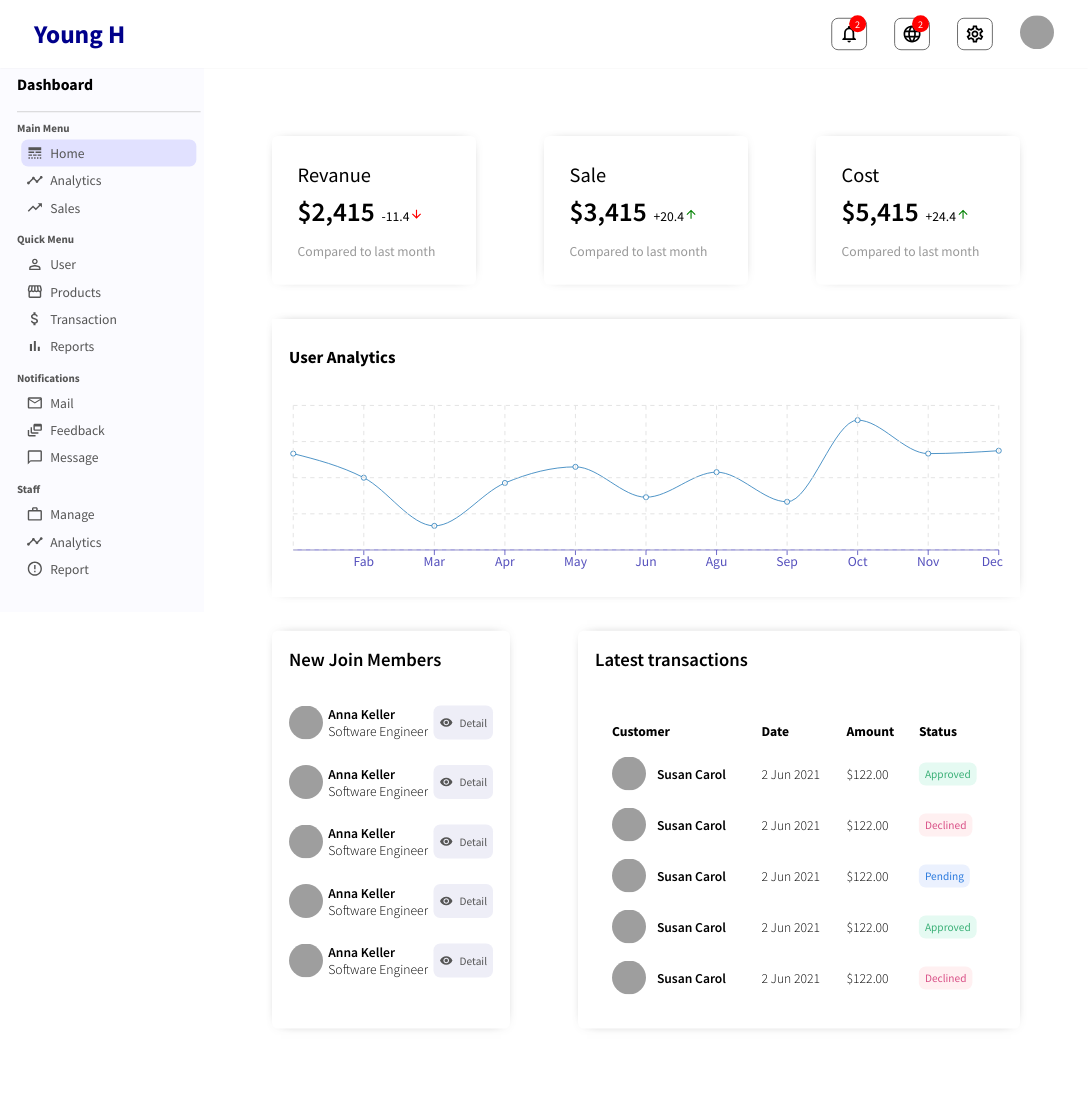
Repository: noname20011/admin
Page: /
An editor plug-in stored every save of this project. The page is shown before and after the next save, followed by the edit.
The browser window is 1280 px wide. The pictures show the whole page, at 85% of full size.
Pictures or frames that could not be fetched are drawn as grey boxes. The project was rebuilt for these pictures with package versions that can differ from the ones it lists, and the page was loaded fresh each time.

Above is the page before, as saved 2021-11-14 09:20:30.

### public/index.html
<!DOCTYPE html>
<html lang="en">
  <head>
    <meta charset="utf-8" />
    <meta name="viewport" content="width=device-width, initial-scale=1" />
    <meta name="theme-color" content="#000000" />
    <meta
      name="description"
      content="Web site created using create-react-app"
    />
    <!-- GOOGLE FONTS -->
    <link href="https://fonts.googleapis.com/css2?family=Source+Sans+Pro:wght@200;300;400;600;700;900&display=swap" rel="stylesheet">
    <style>
      * {
        font-family: 'Source Sans Pro', sans-serif;
        padding: 0;
        margin: 0;
      }
    </style>
    <title>React Admin App</title>
  </head>
  <body>
    <div id="root"></div>
  </body>
</html>

### src/App.js
import Topbar from "./comopnents/topbar/Topbar";
import Sidebar from "./comopnents/sidebar/Sidebar";
import Home from "./pages/home/Home.jsx"
import './app.css'
function App() {
  return (
    <div>
      <Topbar/>
      <div className="container">
        <Sidebar/>
        <Home/>
      </div>
    </div>
  );
}

export default App;

### src/comopnents/topbar/Topbar.jsx
import React from 'react'
import './topbar.css'

import { Language, NotificationsNone, SettingsOutlined  } from '@material-ui/icons'

export default function Topbar() {
    return (
        <div className="topbar">
            <div className="topbarWrapper">
                <div className="topLeft">
                    <div className="logo">Young H</div>
                </div>
                <div className="topRight">
                    <div className="topbarIconContainer">
                        <NotificationsNone/>
                        <div className="topIconsBadge">2</div>
                    </div>
                    <div className="topbarIconContainer">
                        <Language/>
                        <div className="topIconsBadge">2</div>
                    </div>
                    <div className="topbarIconContainer">
                        <SettingsOutlined/>
                    </div>
                    <div>
                        <img src="https://images.pexels.com/photos/1526814/pexels-photo-1526814.jpeg?auto=compress&cs=tinysrgb&dpr=2&w=500" alt="admin" className="topAvatar"/>
                    </div>
                </div>
            </div>
        </div>
    )
}

### src/comopnents/sidebar/Sidebar.jsx
import { AttachMoney, BarChart, ChatBubbleOutline, DynamicFeed, ErrorOutline, LineStyle, MailOutlined, PersonOutline, Storefront, Timeline, TrendingUp,  WorkOutlineOutlined } from '@material-ui/icons'
import React from 'react'
import "./sidebar.css"
export default function Sidebar() {
    return (
        <div className="sidebar">
            <div className="sidebarWrapper">
                <h3 className="sidebarTitle">Dashboard</h3>
                <div className="sidebarMenu">
                    <h4 className="sidebarMenuTitle">Main Menu</h4>
                    <ul className="sidebarLists">
                        <li className="sidebarListItem active">
                            <LineStyle className="sidebarIcon"/>
                            Home
                        </li>
                        <li className="sidebarListItem">
                            <Timeline className="sidebarIcon"/>
                            Analytics
                        </li>
                        <li className="sidebarListItem">
                            <TrendingUp className="sidebarIcon"/>
                            Sales
                        </li>
                    </ul>
                </div>
                <div className="sidebarMenu">
                    <h4 className="sidebarMenuTitle">Quick Menu</h4>
                    <ul className="sidebarLists">
                        <li className="sidebarListItem">
                            <PersonOutline className="sidebarIcon"/>
                            User
                        </li>
                        <li className="sidebarListItem">
                            <Storefront className="sidebarIcon"/>
                            Products
                        </li>
                        <li className="sidebarListItem">
                            <AttachMoney className="sidebarIcon"/>
                            Transaction
                        </li>
                        <li className="sidebarListItem">
                            <BarChart className="sidebarIcon"/>
                            Reports
                        </li>
                    </ul>
                </div>
                <div className="sidebarMenu">
                    <h4 className="sidebarMenuTitle">Notifications</h4>
                    <ul className="sidebarLists">
                        <li className="sidebarListItem">
                            <MailOutlined className="sidebarIcon"/>
                            Mail
                        </li>
                        <li className="sidebarListItem">
                            <DynamicFeed className="sidebarIcon"/>
                            Feedback
                        </li>
                        <li className="sidebarListItem">
                            <ChatBubbleOutline className="sidebarIcon"/>
                            Message
                        </li>
                    </ul>
                </div>
                <div className="sidebarMenu">
                    <h4 className="sidebarMenuTitle">Staff</h4>
                    <ul className="sidebarLists">
                        <li className="sidebarListItem">
                            <WorkOutlineOutlined className="sidebarIcon"/>
                            Manage
                        </li>
                        <li className="sidebarListItem">
                            <Timeline className="sidebarIcon"/>
                            Analytics
                        </li>
                        <li className="sidebarListItem">
                            <ErrorOutline className="sidebarIcon"/>
                            Report
                        </li>
                    </ul>
                </div>
            </div>
        </div>
    )
}

### src/pages/home/Home.jsx
import "./home.css"
import Feature from "../../comopnents/featureInfo/Feature"
import Chart from "../../comopnents/chart/Chart"
import WidgetSm from "../../comopnents/widgetSm/WidgetSm"
import WidgetLg from "../../comopnents/widgetLg/WidgetLg"
import {userData} from "../../dummyData"

export default function Home() {
    return (
        <div className="home">
            <Feature/>
            <Chart data={userData} title="User Analytics" grid dataKey="Active User"/>
            <div className="homeWidgets">
                <WidgetSm/>
                <WidgetLg/>
            </div>
        </div>
    )
}

### src/app.css
ul, li {
    list-style: none;
}

a {
    text-decoration: none;
}

.container {
    display: flex;
}

.other {
    flex: 4;
}

button, input {
    border: none;
    outline: none;
}

### src/comopnents/topbar/topbar.css
.topbar {
    width: 100%;
    height: 80px;
    background: #fff;
    box-shadow: 0 .5px 2px rgba(0, 0, 0, 0.07);

    position: sticky;
    top: 0;
    z-index: 1000;
}

.topbarWrapper {
    height: 100%;
    padding: 0 40px;
    display: flex;
    justify-content: space-between;
    align-items: center;
}

.logo {
    font-weight: bold;
    font-size: 30px;
    color: darkblue;
    cursor: pointer;
}

.topRight {
    display: flex;
    align-items: center;
    column-gap: 2rem;
}
.topbarIconContainer {
    position: relative;
    cursor: pointer;
    width: 40px;
    height: 36px;
    border: 1px solid #555;
    border-radius: .5rem;
    display: flex;
    align-items: center;
    justify-content: center;
}

.topbarIconContainer:hover {
    background-color: rgb(248, 246, 246);
}

.topIconsBadge {
    font-size: 12px;
    position: absolute;
    top: -4px;
    right: 0px;

    width: 20px;
    height: 20px;
    background-color: red;
    color: #fff;
    border-radius: 50%;

    display: flex;
    place-content: center;
    place-items: center;
}

.topAvatar {
    width: 40px;
    height: 40px;
    object-fit: cover;
    border-radius: 50%;
    cursor: pointer;
}

### src/comopnents/sidebar/sidebar.css
.sidebar {
    flex: 1;
    background-color: rgb(251, 251, 255);
    position: sticky;
    top: 80px;
    height: calc(100vh - 80px);
}

.sidebarWrapper {
    padding: 8px 4px 0 20px;
}

.sidebarTitle {
    padding-bottom: 20px;
    margin-bottom: 10px;
    border-bottom: 1px solid #ccc;
}

.sidebarMenu {
    margin-bottom: 8px;
}

.sidebarMenuTitle {
    color: #555;
    font-size: 13px;
}

.sidebarLists {
    padding: 5px;
}

.sidebarListItem {
    display: flex;
    align-items: center;
    column-gap: .5rem;

    padding: 6px;
    color: #555;
    cursor: pointer;
    border-radius: .5rem;
}

.sidebarListItem.active,
.sidebarListItem:hover {
    background-color: rgb(225, 225, 255);
}

.sidebarIcon {
    font-size: 20px!important;
}

### src/pages/home/home.css
.home {
    flex: 4;
    margin: 60px 40px;
}

.homeWidgets {
    display: flex;

}

### src/comopnents/featureInfo/Feature.jsx
import { ArrowDownward, ArrowUpward } from '@material-ui/icons'
import "./feature.css"

export default function Feature() {
    return (
        <div className="featured">
            <div className="featuredItem">
                <span className="featuredTitle">Revanue</span>
                <div className="featuredMoneyContainer">
                    <span className="featuredMoney">$2,415</span>
                    <span className="featuredMoneyRate">-11.4
                        <ArrowDownward className="featuredIcon negative"/>
                    </span>
                </div>
                <span className="featuredSub">Compared to last month
                </span>
            </div>

            <div className="featuredItem">
                <span className="featuredTitle">Sale</span>
                <div className="featuredMoneyContainer">
                    <span className="featuredMoney">$3,415</span>
                    <span className="featuredMoneyRate">+20.4
                        <ArrowUpward className="featuredIcon "/>
                    </span>
                </div>
                <span className="featuredSub">Compared to last month
                </span>
            </div>

            <div className="featuredItem">
                <span className="featuredTitle">Cost</span>
                <div className="featuredMoneyContainer">
                    <span className="featuredMoney">$5,415</span>
                    <span className="featuredMoneyRate">+24.4
                        <ArrowUpward className="featuredIcon "/>
                    </span>
                </div>
                <span className="featuredSub">Compared to last month</span>
            </div>
        </div>
    )
}

### src/comopnents/chart/Chart.jsx
import "./chart.css"
import { LineChart, Line, XAxis, YAxis, CartesianGrid, Tooltip, Legend, ResponsiveContainer } from 'recharts';



export default function Chart({ title, data, dataKey, grid }) {

    return (
        <div className="chart">
            <h3 className="chartTitle">{title}</h3>
            <ResponsiveContainer width="100%" aspect={4 / 1}>
                <LineChart data={data}>
                    <XAxis dataKey="name" stroke="#5550bd"/>
                    <Line type="monotone" dataKey={dataKey}/>
                    <Tooltip />
                    {grid && <CartesianGrid stroke="#e0dfdf" strokeDasharray="5 5" />}
                </LineChart>
            </ResponsiveContainer>
        </div>
    )
}

### src/comopnents/widgetSm/WidgetSm.jsx
import { Visibility } from "@material-ui/icons"
import React from "./widgetSm.css"

export default function widgetSm() {
    return (
        <div className="widgetSm">
            <h3 className="widgetSmTitle">New Join Members</h3>
            <ul className="widgetSmList">
                <li className="widgetSmListItem">
                    <img src="https://images.pexels.com/photos/3992656/pexels-photo-3992656.png?auto=compress&cs=tinysrgb&dpr=2&w=500" alt="member"  className="widgetSmImg"/>
                    <div className="widgetSmUser">
                        <span className="widgetSmUsername">Anna Keller</span>
                        <span className="widgetSmUserTitle">Software Engineer</span>
                    </div>
                    <button className="widgetSmButton">
                        <Visibility className="widgetSmIcon"/>
                        Detail
                    </button>
                </li>
                <li className="widgetSmListItem">
                    <img src="https://images.pexels.com/photos/3992656/pexels-photo-3992656.png?auto=compress&cs=tinysrgb&dpr=2&w=500" alt="member"  className="widgetSmImg"/>
                    <div className="widgetSmUser">
                        <span className="widgetSmUsername">Anna Keller</span>
                        <span className="widgetSmUserTitle">Software Engineer</span>
                    </div>
                    <button className="widgetSmButton">
                        <Visibility className="widgetSmIcon"/>
                        Detail
                    </button>
                </li>
                <li className="widgetSmListItem">
                    <img src="https://images.pexels.com/photos/3992656/pexels-photo-3992656.png?auto=compress&cs=tinysrgb&dpr=2&w=500" alt="member"  className="widgetSmImg"/>
                    <div className="widgetSmUser">
                        <span className="widgetSmUsername">Anna Keller</span>
                        <span className="widgetSmUserTitle">Software Engineer</span>
                    </div>
                    <button className="widgetSmButton">
                        <Visibility className="widgetSmIcon"/>
                        Detail
                    </button>
                </li>
                <li className="widgetSmListItem">
                    <img src="https://images.pexels.com/photos/3992656/pexels-photo-3992656.png?auto=compress&cs=tinysrgb&dpr=2&w=500" alt="member"  className="widgetSmImg"/>
                    <div className="widgetSmUser">
                        <span className="widgetSmUsername">Anna Keller</span>
                        <span className="widgetSmUserTitle">Software Engineer</span>
                    </div>
                    <button className="widgetSmButton">
                        <Visibility className="widgetSmIcon"/>
                        Detail
                    </button>
                </li>
                <li className="widgetSmListItem">
                    <img src="https://images.pexels.com/photos/3992656/pexels-photo-3992656.png?auto=compress&cs=tinysrgb&dpr=2&w=500" alt="member"  className="widgetSmImg"/>
                    <div className="widgetSmUser">
                        <span className="widgetSmUsername">Anna Keller</span>
                        <span className="widgetSmUserTitle">Software Engineer</span>
                    </div>
                    <button className="widgetSmButton">
                        <Visibility className="widgetSmIcon"/>
                        Detail
                    </button>
                </li>
            </ul>
        </div>
    )
}

### src/comopnents/widgetLg/WidgetLg.jsx
import React from "./widgetLg.css"

export default function WidgetLg() {

    const Button = ({ type }) => {
        return (
            <button className={"widgetLgBtn" +" " + type}>{type}</button>
        )
    }
    return (
        <div className="widgetLg">
            <h3 className="widgetLgTitle">Latest transactions</h3>
            <table className="widgetLgTable">
                <tr className="widgetLgTr">
                    <th className="widgetLdTh">Customer</th>
                    <th className="widgetLdTh">Date</th>
                    <th className="widgetLdTh">Amount</th>
                    <th className="widgetLdTh">Status</th>
                </tr>
                <tr className="widgetLgTr">
                    <td className="widgetLgUser">
                        <img src="https://images.pexels.com/photos/4172933/pexels-photo-4172933.jpeg?auto=compress&cs=tinysrgb&dpr=2&h=650&w=940" alt="" className="widgetLgImg" />
                        <span className="widgetLgUsername">Susan Carol</span>
                    </td>
                    <td className="widgetLgDate">2 Jun 2021</td>
                    <td className="widgetLgAmount">$122.00</td>
                    <td className="widgetLgStatus">
                        <Button type= "Approved"/>
                    </td>
                </tr>
                <tr className="widgetLgTr">
                    <td className="widgetLgUser">
                        <img src="https://images.pexels.com/photos/4172933/pexels-photo-4172933.jpeg?auto=compress&cs=tinysrgb&dpr=2&h=650&w=940" alt="" className="widgetLgImg" />
                        <span className="widgetLgUsername">Susan Carol</span>
                    </td>
                    <td className="widgetLgDate">2 Jun 2021</td>
                    <td className="widgetLgAmount">$122.00</td>
                    <td className="widgetLgStatus">
                        <Button type= "Declined"/>
                    </td>
                </tr>
                <tr className="widgetLgTr">
                    <td className="widgetLgUser">
                        <img src="https://images.pexels.com/photos/4172933/pexels-photo-4172933.jpeg?auto=compress&cs=tinysrgb&dpr=2&h=650&w=940" alt="" className="widgetLgImg" />
                        <span className="widgetLgUsername">Susan Carol</span>
                    </td>
                    <td className="widgetLgDate">2 Jun 2021</td>
                    <td className="widgetLgAmount">$122.00</td>
                    <td className="widgetLgStatus">
                        <Button type= "Pending"/>
                    </td>
                </tr>
                <tr className="widgetLgTr">
                    <td className="widgetLgUser">
                        <img src="https://images.pexels.com/photos/4172933/pexels-photo-4172933.jpeg?auto=compress&cs=tinysrgb&dpr=2&h=650&w=940" alt="" className="widgetLgImg" />
                        <span className="widgetLgUsername">Susan Carol</span>
                    </td>
                    <td className="widgetLgDate">2 Jun 2021</td>
                    <td className="widgetLgAmount">$122.00</td>
                    <td className="widgetLgStatus">
                        <Button type= "Approved"/>
                    </td>
                </tr>
                <tr className="widgetLgTr">
                    <td className="widgetLgUser">
                        <img src="https://images.pexels.com/photos/4172933/pexels-photo-4172933.jpeg?auto=compress&cs=tinysrgb&dpr=2&h=650&w=940" alt="" className="widgetLgImg" />
                        <span className="widgetLgUsername">Susan Carol</span>
                    </td>
                    <td className="widgetLgDate">2 Jun 2021</td>
                    <td className="widgetLgAmount">$122.00</td>
                    <td className="widgetLgStatus">
                        <Button type= "Declined"/>
                    </td>
                </tr>
            </table>
        </div>
    )
}

### src/dummyData.js
export const userData = [
    {
        name: 'Jan',
        "Active User": 4000,
    },
    {
        name: 'Fab',
        "Active User": 3000,

    },
    {
        name: 'Mar',
        "Active User": 1000,

    },
    {
        name: 'Apr',
        "Active User": 2780,
    },
    {
        name: 'May',
        "Active User": 3450,
    },
    {
        name: 'Jun',
        "Active User": 2190,
    },
    {
        name: 'Agu',
        "Active User": 3230,
    },
    {
        name: 'Sep',
        "Active User": 2000,
    },
    {
        name: 'Oct',
        "Active User": 5390,
    },
    {
        name: 'Nov',
        "Active User": 4000,
    },
    {
        name: 'Dec',
        "Active User": 4120,
    },
    ];

### src/comopnents/featureInfo/feature.css
.featured {
    display: flex;
    justify-content: space-between;
    width: 100%;
}
.featuredItem {
    flex: 1;
    width: 30%;
    margin: 20px 40px;
    padding: 30px;
    border-radius: .4rem;
    cursor: pointer;
    -webkit-box-shadow: 0px 0px 15px -10px rgba(0, 0, 0, 0.75);
    box-shadow: 0px 0px 15px -10px rgba(0, 0, 0, 0.75);
}

.featuredTitle {
    font-size: 24px;
    margin-bottom: 8px;
    display: block;
}

.featuredMoneyContainer {
    margin: 6px 0 16px;
}

.featuredMoney {
    font-weight: 600;
    font-size: 32px;
}

.featuredMoneyRate {
    font-size: 16px;
    margin-left: 8px;
}

.featuredIcon {
    font-size: 16px!important;
    color: green;
}

.featuredIcon.negative {
    color: red;
}

.featuredSub {
    color: #999;
    font-size: 16px;
}

### src/comopnents/chart/chart.css
.chart {
    -webkit-box-shadow: 0px 0px 15px -10px rgba(0, 0, 0, 0.75);
    box-shadow: 0px 0px 15px -10px rgba(0, 0, 0, 0.75);
    margin: 20px 40px;
    padding: 20px;
}

.chartTitle {
    font-size: 20px;
    margin: 12px 0 40px;

}

### src/comopnents/widgetSm/widgetSm.css
.widgetSm {
    flex: 1;
    margin: 20px 40px;
    padding: 20px;
    border-radius: .4rem;
    -webkit-box-shadow: 0px 0px 15px -10px rgba(0, 0, 0, 0.75);
    box-shadow: 0px 0px 15px -10px rgba(0, 0, 0, 0.75);
}

.widgetSmTitle {
    font-size: 22px;
    font-weight: 600;
    margin-bottom: 40px;
}
.widgetSmListItem {
    display: flex;
    justify-content: space-between;
    justify-items: center;
    margin-bottom: 30px;
}

.widgetSmImg {
    width: 40px;
    height: 40px;
    border-radius: 50%;
    object-fit: cover;
}

.widgetSmUser {
    display: flex;
    flex-direction: column;
}

.widgetSmUsername {
    font-weight: 600;
}

.widgetSmUserTitle {
    font-weight: 300;
}

.widgetSmButton {
    display: flex;
    column-gap: .5rem;
    justify-content: center;
    align-items: center;
    padding: 7px;
    border-radius: .5rem;
    background-color: #eeeef7;
    color: #555;
    cursor: pointer;
}

.widgetSmIcon {
    font-size: 16px !important;
}

### src/comopnents/widgetLg/widgetLg.css
.widgetLg {
    flex: 2;
    border-radius: .4rem;
    margin: 20px 40px;
    padding: 20px;
    -webkit-box-shadow: 0px 0px 15px -10px rgba(0, 0, 0, 0.75);
    box-shadow: 0px 0px 15px -10px rgba(0, 0, 0, 0.75);
}

.widgetLgTable {
    width: 100%;
    border-spacing: 20px;
}

.widgetLgTitle {
    font-size: 22px;
    font-weight: 600;
    margin-bottom: 40px;
}

.widgetLgTr {
    text-align: left;

}

.widgetLgUser {
    display: flex;
    align-items: center;
    column-gap: .8rem;
    font-weight: 600;
}

.widgetLgImg {
    width: 40px;
    height: 40px;
    border-radius: 50%;
    object-fit: cover;
}

.widgetLgDate,
.widgetLgAmount {
    font-weight: 300;
}

.widgetLgBtn {
    padding: 5px 7px;
    border-radius: .5rem;

}

.widgetLgBtn.Approved{
    background-color: #e5faf2;
    color: #3bb077;
}
.widgetLgBtn.Declined{
    background-color: #fff0f1;
    color: #d95087;

}
.widgetLgBtn.Pending{
    background-color: #ebf1fe;
    color: #2a7ade;

}

Loaded but not shown: src/index.js (common file)

After the next save:
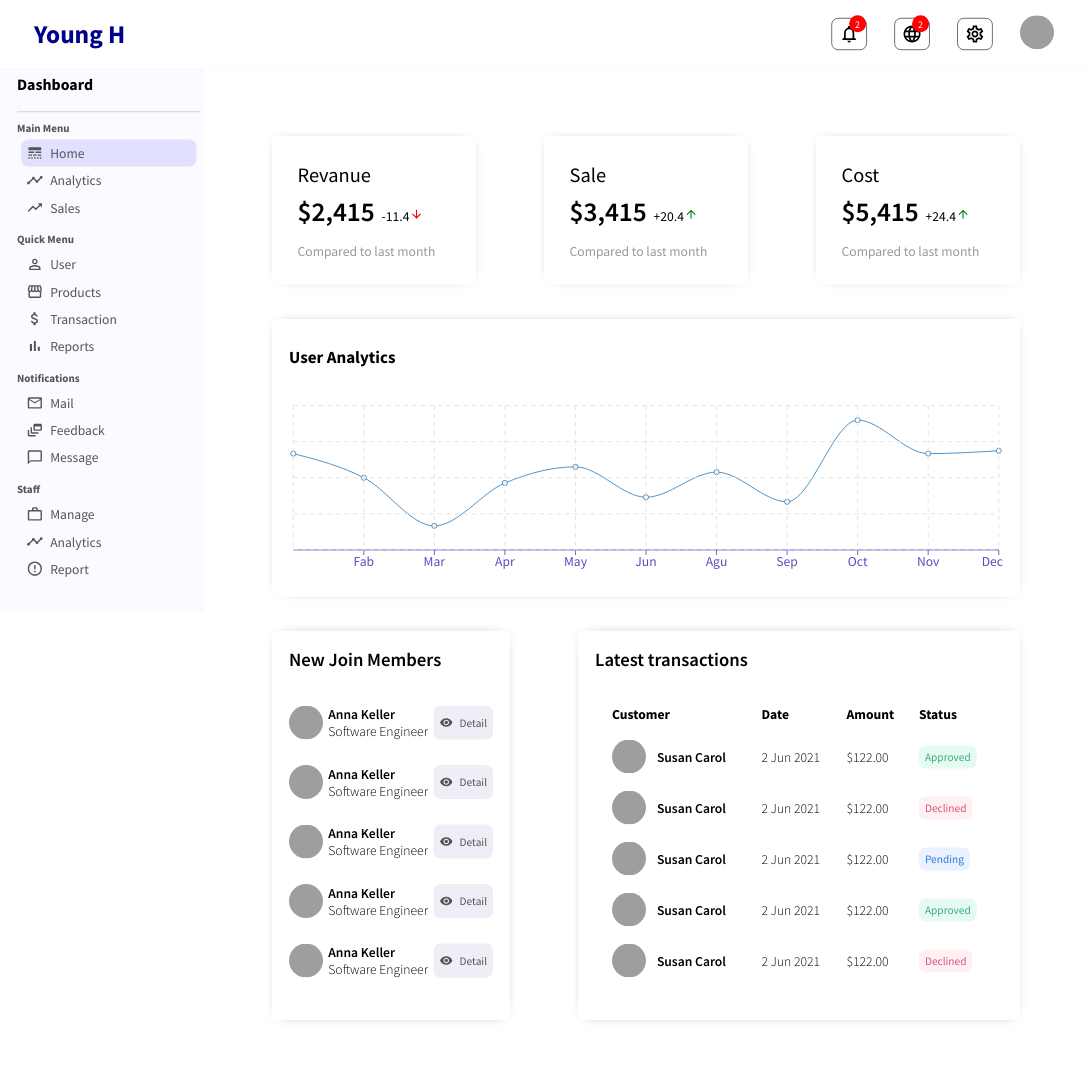
Saved 19 s later.
--- a/src/comopnents/widgetLg/widgetLg.css
+++ b/src/comopnents/widgetLg/widgetLg.css
@@ -15,7 +15,7 @@
 .widgetLgTitle {
     font-size: 22px;
     font-weight: 600;
-    margin-bottom: 40px;
+    margin-bottom: 20px;
 }
 
 .widgetLgTr {
